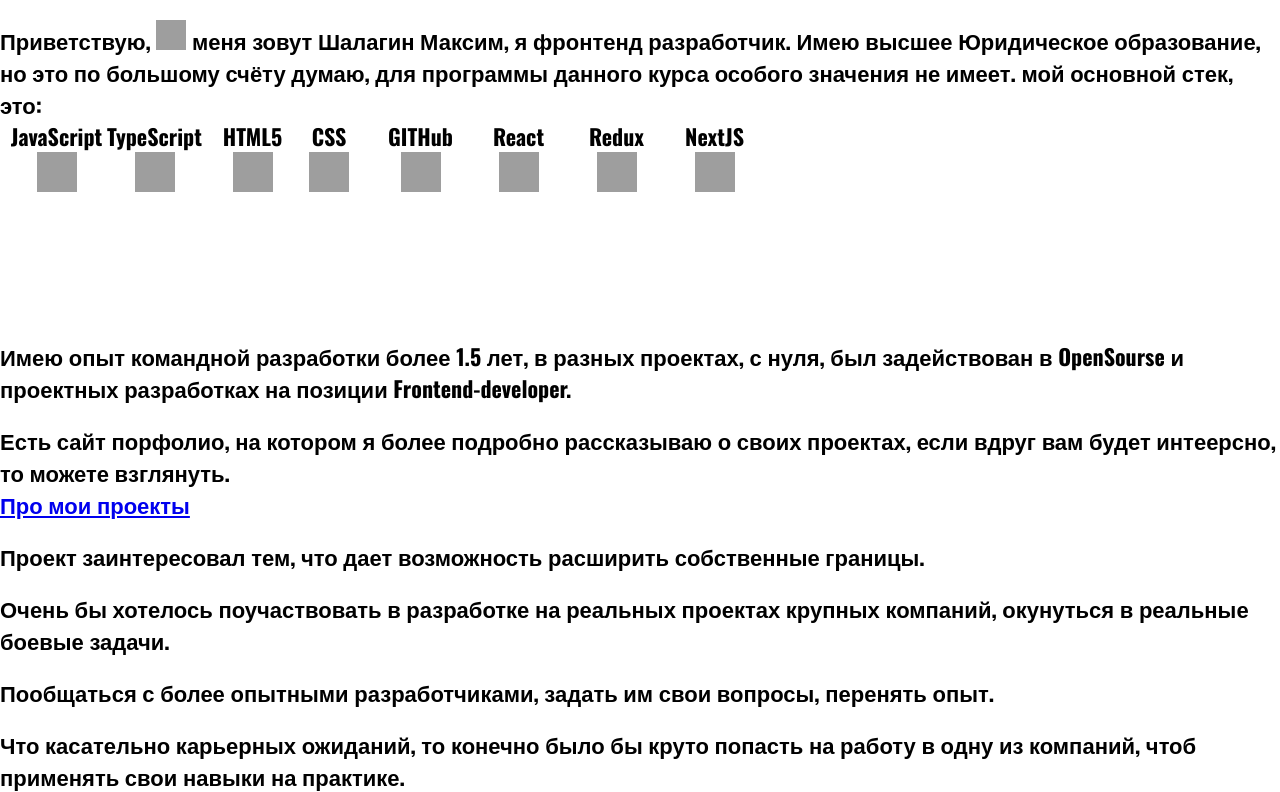
Repository: ni4egonepridumal/letter
Page: index.html
These files come from the project's save history. The page is drawn as it stood at one moment and after the next save; the edit follows.
The browser window is 1280 px wide. The pictures show the whole page.
Pictures or frames that could not be fetched are drawn as grey boxes.

Above is the page before, as saved 2024-01-18 17:37:57.

After the next save:
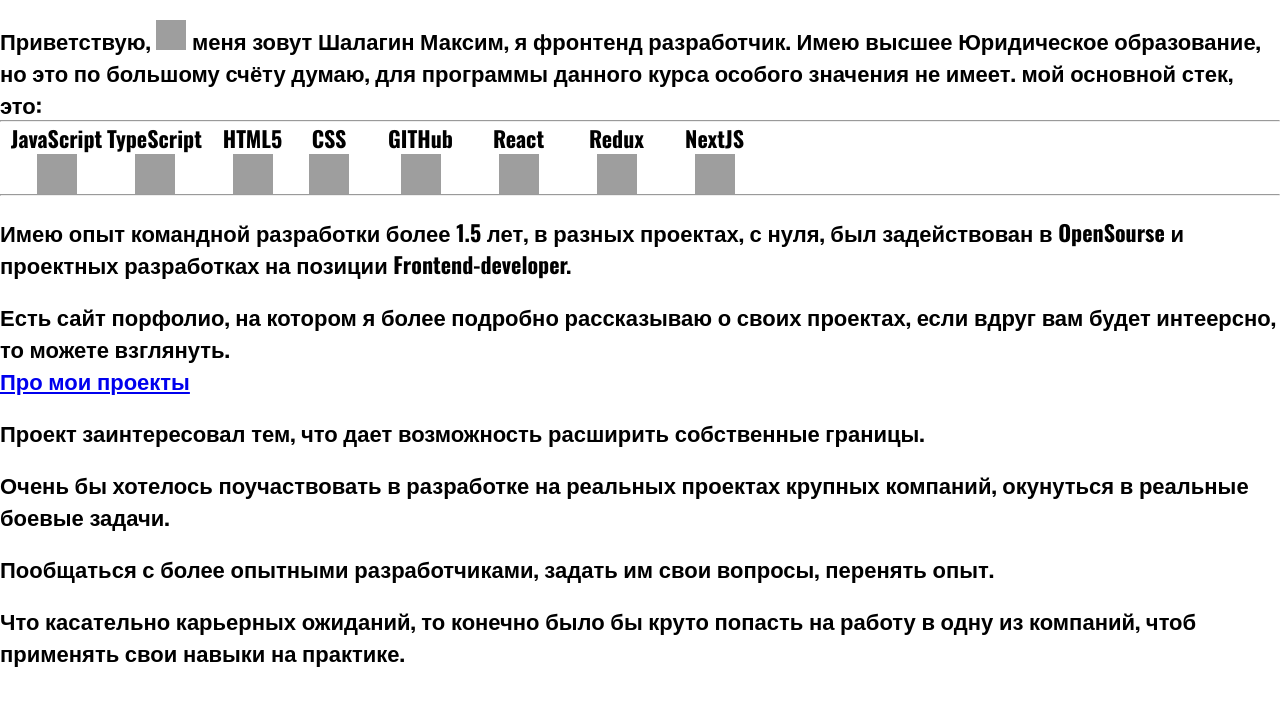
Saved 21 s later.
--- a/index.html
+++ b/index.html
@@ -27,6 +27,7 @@
         Юридическое образование, но это по большому счёту думаю, для программы
         данного курса особого значения не имеет. мой основной стек, это:
       </p>
+      <hr />
       <div class="myScills">
         <div class="img">
           <label>JavaScript</label
@@ -101,12 +102,8 @@
           />
         </div>
       </div>
-      <ul>
-        <li></li>
-        <li></li>
-        <li></li>
-        <li></li>
-      </ul>
+      <hr />
+
       <p>
         Имею опыт командной разработки более 1.5 лет, в разных проектах, с нуля,
         был задействован в OpenSourse и проектных разработках на позиции
